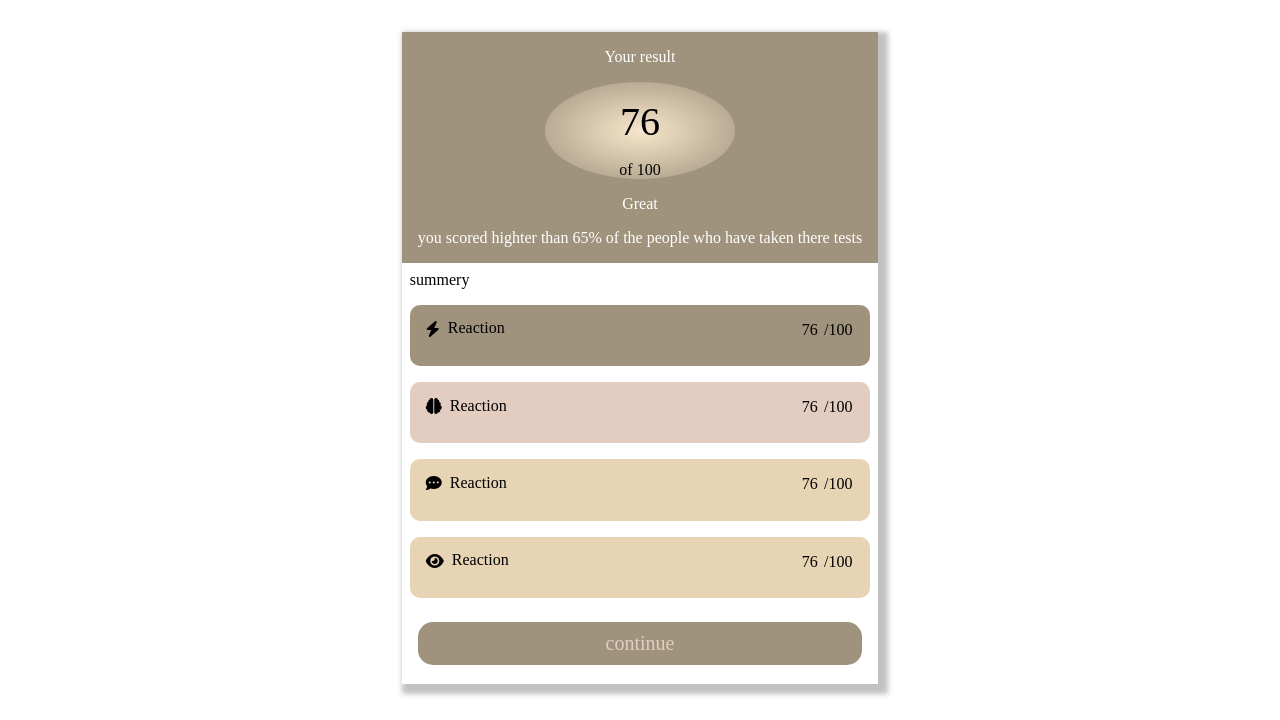
Repository: rahanwz/Card2-raha
Page: card2.html
The author's editor kept a copy of each file at every save. The page is drawn from the files as they stood at one save, then again after the next save.
The browser window is 1280 px wide. The pictures show the whole page.
Some web libraries are served in a nearby version.

Above is the page before, as saved 2024-02-21 16:01:47.

After the next save:
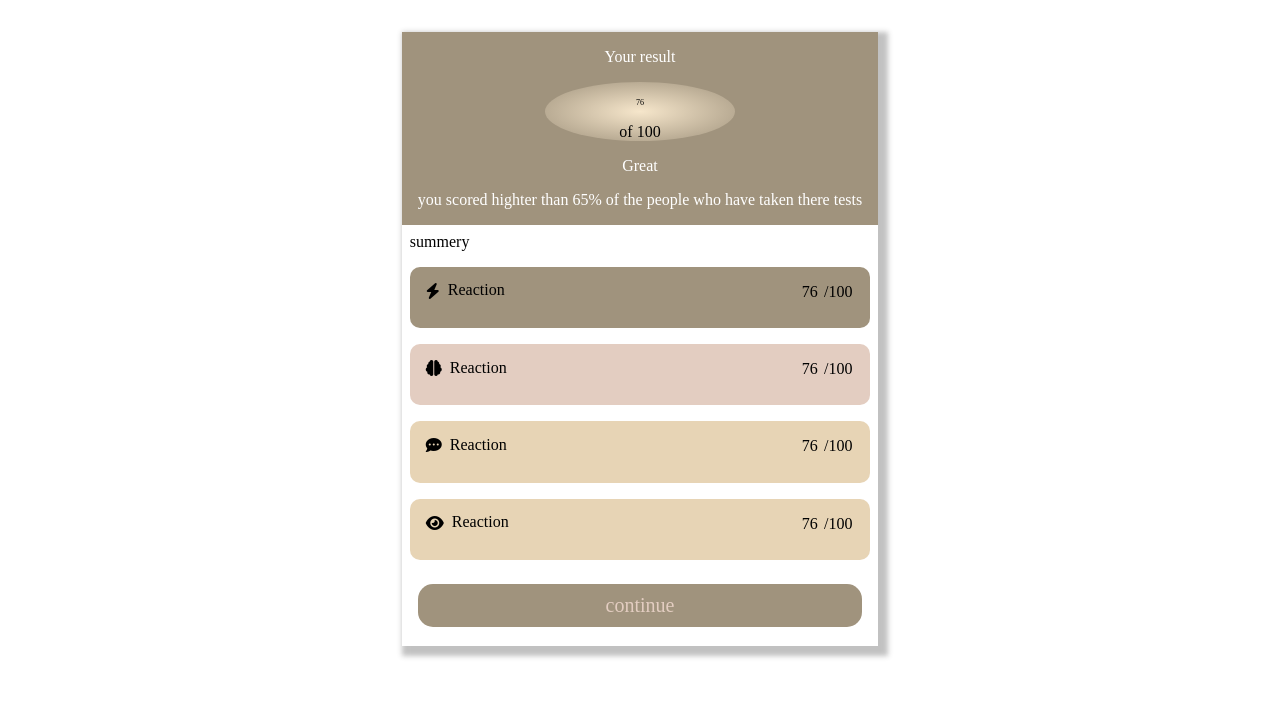
Saved 4 s later.
--- a/card2.css
+++ b/card2.css
@@ -23,7 +23,7 @@ body {
   padding: 1rem;
 }
 .present :first-child {
-  font-size: 2.5rem;
+  font-size: .5rem;
 
 }
 
